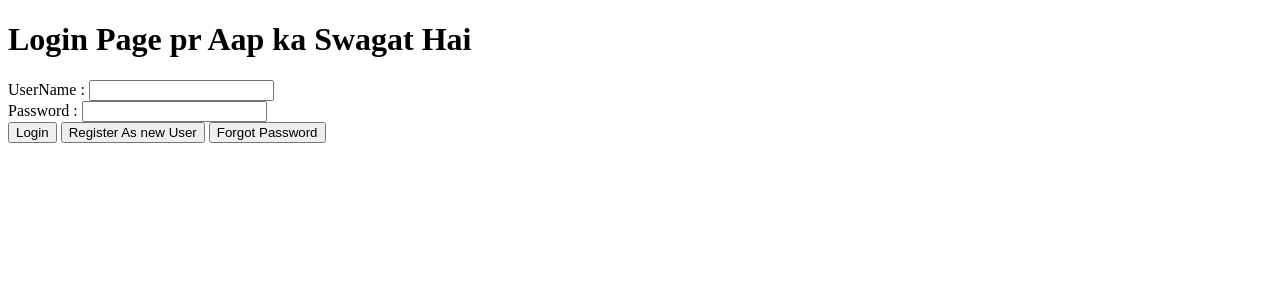
Repository: devgpta19/CDAC-Assignments
Page: http://localhost/ProductsAndUsersUsingJSPAndServlet/
These files come from the project's save history. The page is drawn as it stood at one moment and after a run of saves; the edit follows.
The browser window is 1280 px wide. The pictures show the whole page.
The page is served by Tomcat 9. Other server files are loaded and not shown.

Above is the page before, as saved 2025-11-27 02:45:09.

### Adv.Java/Day6-8/ProductsAndUsersUsingJSPAndServlet/src/main/webapp/Login.jsp
<%@ page language="java" contentType="text/html; charset=ISO-8859-1"
	pageEncoding="ISO-8859-1"%>
<!DOCTYPE html>
<html>
<head>
<meta charset="ISO-8859-1">
<title>Login Page</title>
</head>
<body>
	<h1>Login Page pr Aap ka Swagat Hai</h1>
	<form action="/validateUser" method="post">
		UserName : <input type="text" name="unm" id="unm" /> <br>
		Password : <input type="password" name="pwd" id="pwd" /><br>
		<button type="submit" name="btn" id="btn" value="addUser">Login</button>

		<button type="submit" name="btn" id="btn" value="registerPage">Register
			As new User</button>
		<button type="submit" name="btn" id="btn" value="forgotPage">Forgot
			Password</button>
	</form>
</body>
</html>

After the next 2 saves:
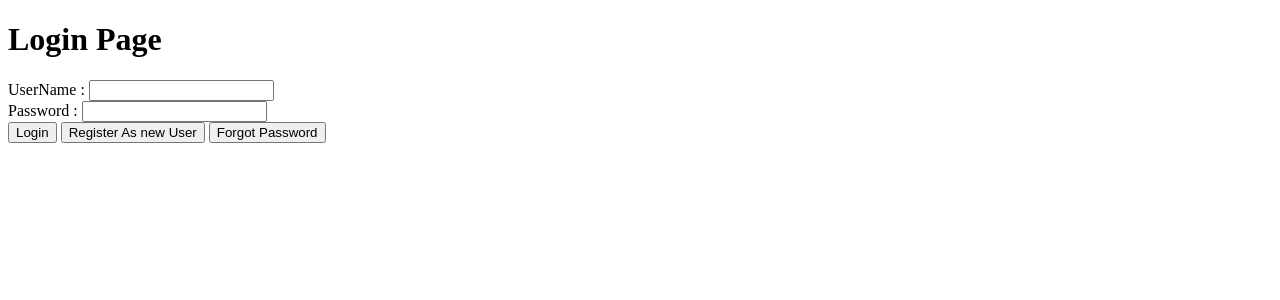
The 2 saves are shown as one change because they came seconds apart.
The last was saved 7 min 54 s later.
--- a/Adv.Java/Day6-8/ProductsAndUsersUsingJSPAndServlet/src/main/webapp/Login.jsp
+++ b/Adv.Java/Day6-8/ProductsAndUsersUsingJSPAndServlet/src/main/webapp/Login.jsp
@@ -7,7 +7,7 @@
 <title>Login Page</title>
 </head>
 <body>
-	<h1>Login Page pr Aap ka Swagat Hai</h1>
+	<h1>Login Page</h1>
 	<form action="/validateUser" method="post">
 		UserName : <input type="text" name="unm" id="unm" /> <br>
 		Password : <input type="password" name="pwd" id="pwd" /><br>
